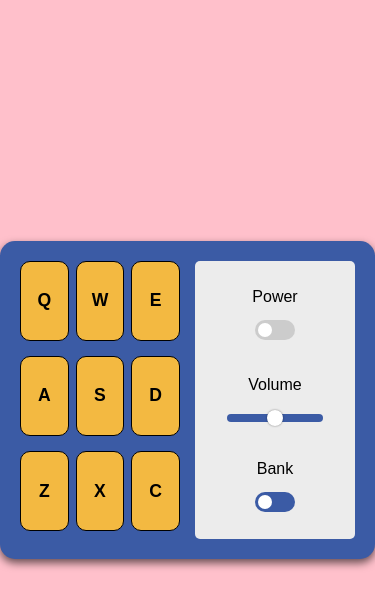
Repository: alfredoleano/drum-machine
Page: /
These files come from the project's save history. The page is drawn as it stood at one moment and after the next save; the edit follows.
The browser window is 375 px wide. The pictures show the whole page.
The project was rebuilt for these pictures with package versions that can differ from the ones it lists, and the page was loaded fresh each time.

Above is the page before, as saved 2024-06-11 20:33:00.

After the next save:
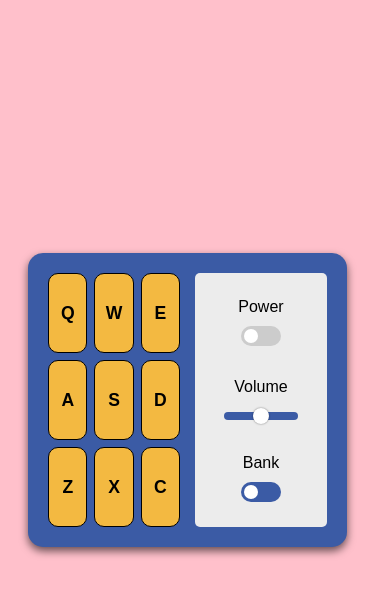
Saved 56 s later.
--- a/src/styles.scss
+++ b/src/styles.scss
@@ -250,11 +250,11 @@ input[type="range"]::-ms-track {
     background-color: pink;
   }
 
-  #display {
-    // transform: rotate(90deg);
-    // rotate: 90deg;
-    // max-width: 100vh;
-    width: 100vh;
-    height: 85vw;
-  }
-}
+  // #display {
+  //   // transform: rotate(90deg);
+  //   // rotate: 90deg;
+  //   // max-width: 100vh;
+  //   width: 100vh;
+  //   height: 85vw;
+  // }
+}
